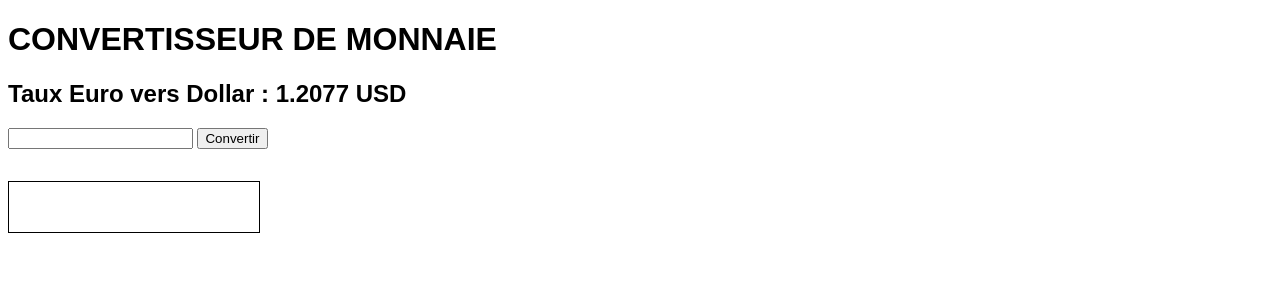
Repository: techmindconsulting/wordshiop-js
Page: index.html
An editor plug-in stored every save of this project. The page is shown before and after the next save, followed by the edit.
The browser window is 1280 px wide. The pictures show the whole page.

Above is the page before, as saved 2021-01-17 13:06:29.

After the next save:
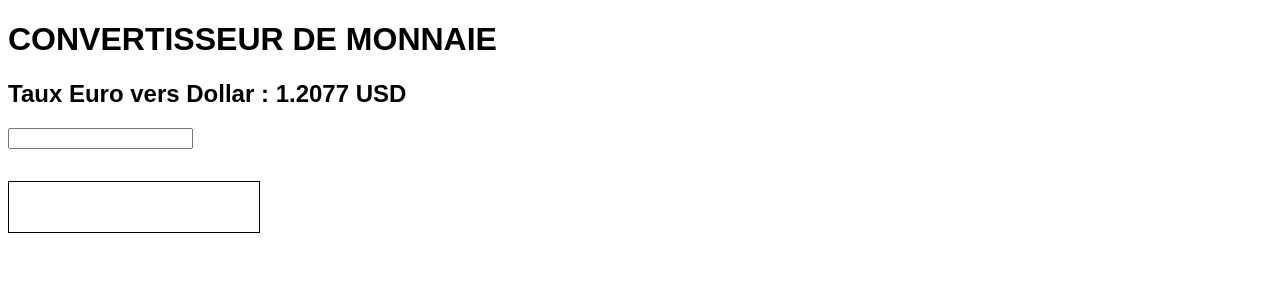
Saved 10 s later.
--- a/index.html
+++ b/index.html
@@ -21,7 +21,7 @@
     <h1>CONVERTISSEUR DE MONNAIE</h1>
     <h2>Taux Euro vers Dollar : 1.2077 USD</h2>
     <input type="text" id="amount" onchange="convertir()">
-    <input type="button" value="Convertir" onClick=convertir()>
+
     <p id="resultat"></p>
 </body>
 </html>

After the save that followed:
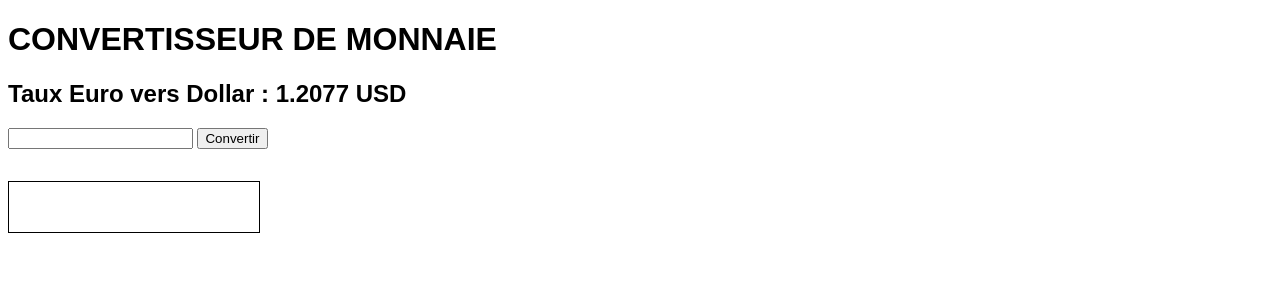
Saved 23 s later.
--- a/index.html
+++ b/index.html
@@ -21,7 +21,7 @@
     <h1>CONVERTISSEUR DE MONNAIE</h1>
     <h2>Taux Euro vers Dollar : 1.2077 USD</h2>
     <input type="text" id="amount" onchange="convertir()">
-
+    <input type="button" value="Convertir" onClick=convertir()>
     <p id="resultat"></p>
 </body>
 </html>
